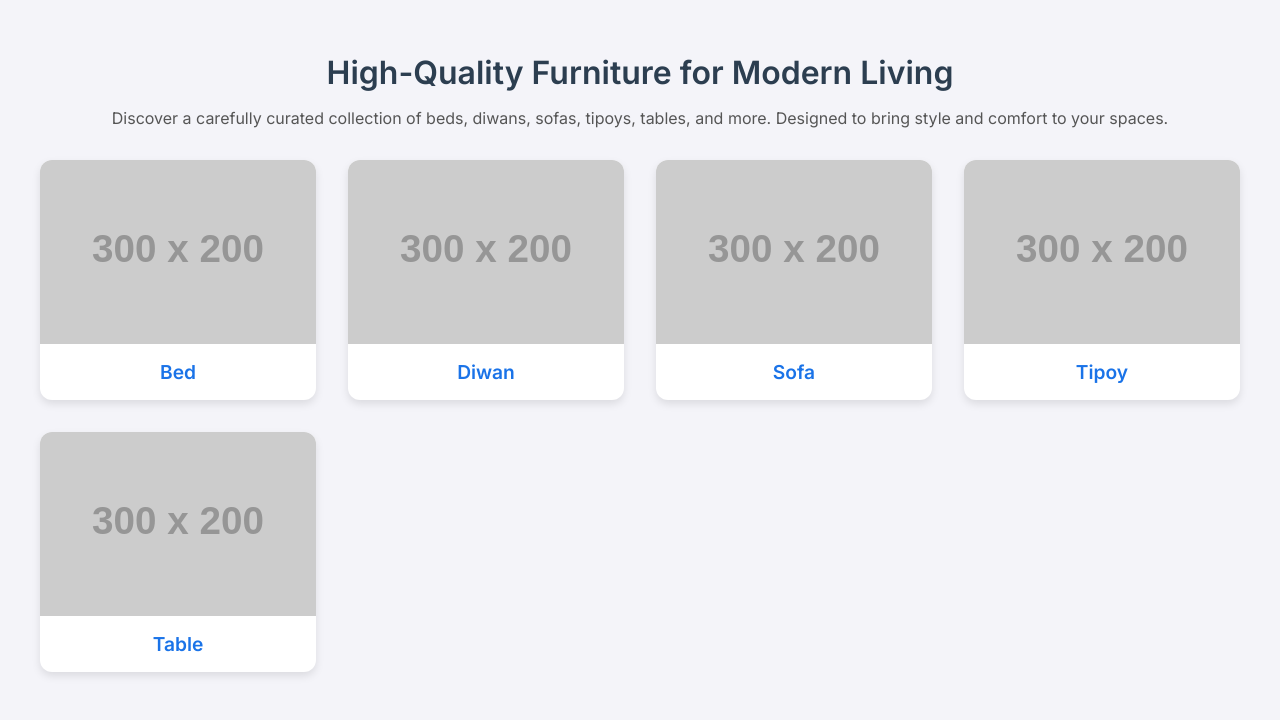
Repository: nadafgroup/rashidgadiUI
Page: src/furniture.html
An editor plug-in stored every save of this project. The page is shown before and after the next save, followed by the edit.
The browser window is 1280 px wide. The pictures show the whole page.

Above is the page before, as saved 2025-01-25 12:28:02.

After the next save:
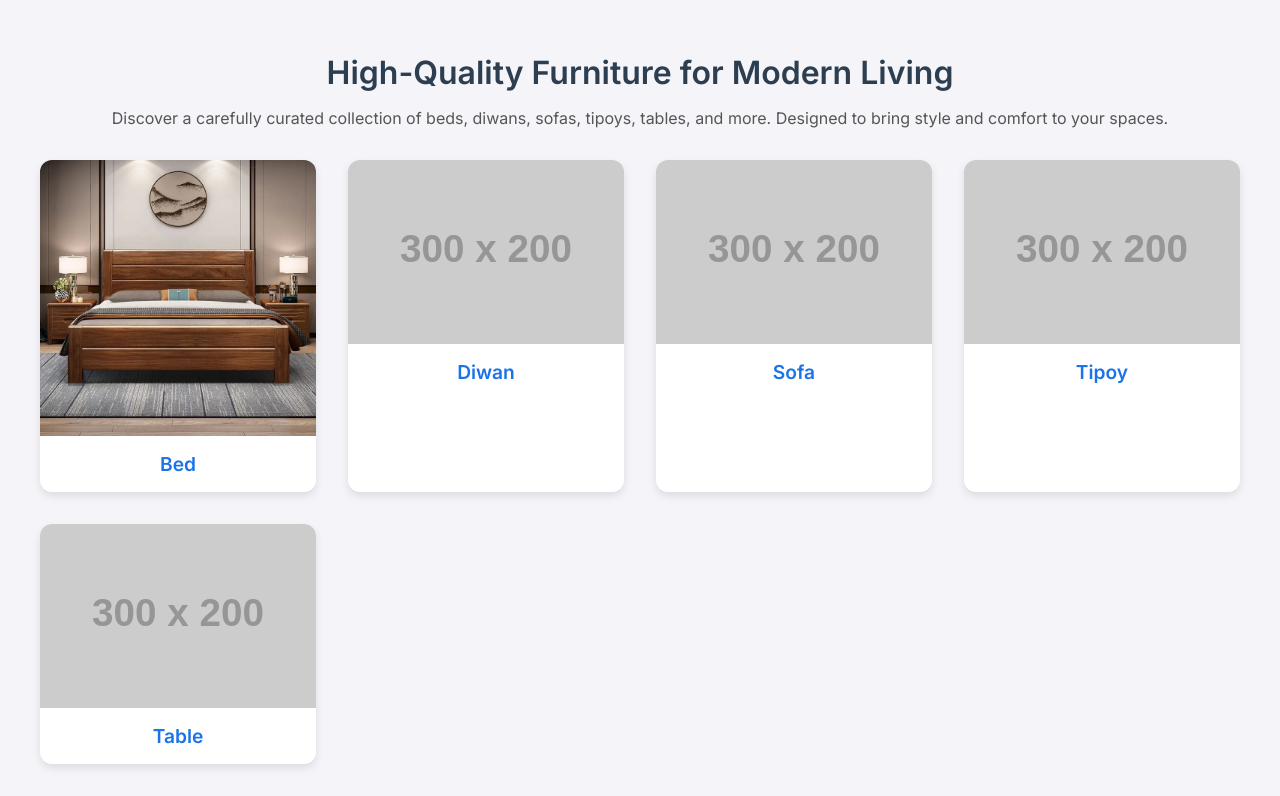
Saved 5 min 20 s later.
--- a/src/furniture.html
+++ b/src/furniture.html
@@ -66,7 +66,7 @@
 
         <div class="product-grid">
             <div class="product">
-                <img src="https://via.placeholder.com/300x200" alt="Bed">
+                <img src="../assets/img/bed.webp" alt="Bed">
                 <h2>Bed</h2>
             </div>
             <div class="product">
